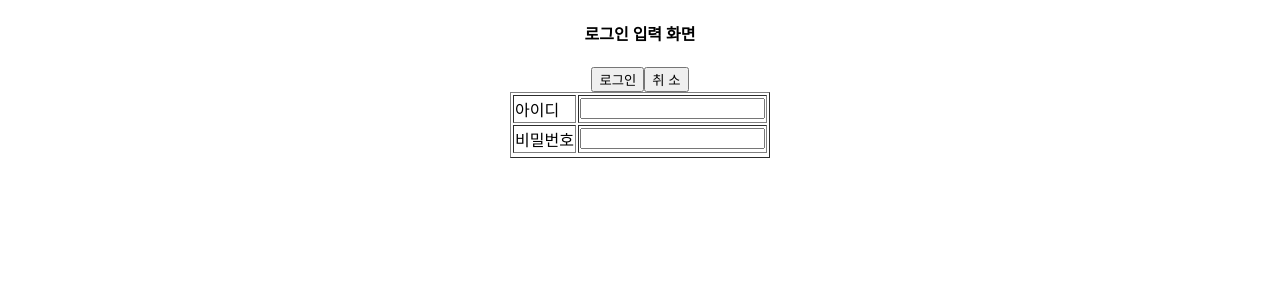
Repository: psyoongsc/LauguageStudy
Page: http://localhost/jspStudy/ch06/ex06-01.jsp
An editor plug-in stored every save of this project. The page is shown before and after the next save, followed by the edit.
The browser window is 1280 px wide. The pictures show the whole page.
The page is served by Tomcat 9. Other server files are loaded and not shown.

Above is the page before, as saved 2018-07-09 14:37:32.

### JSP/jspStudy/WebContent/ch06/ex06-01.jsp
<%@ page language="java" contentType="text/html; charset=UTF-8"
    pageEncoding="UTF-8"%>
<!DOCTYPE html>
<html>
<head>
<meta charset="UTF-8">
<title>로그인 입력 폼</title>
</head>
<body>
	<center>
		<h4>로그인 입력 화면</h4>
		<table border="1">
			<tr>
				<td>아이디</td>
				<td><input type=text name="id"></td></tr>
			<tr>
				<td>비밀번호</td>
				<td><input type=text name="pw"></td></tr>
			<tr>
				<input type="submit" value="로그인">
				<input type="reset" value="취 소"></tr>
		</table>
	</center>
</body>
</html>

After the next save:
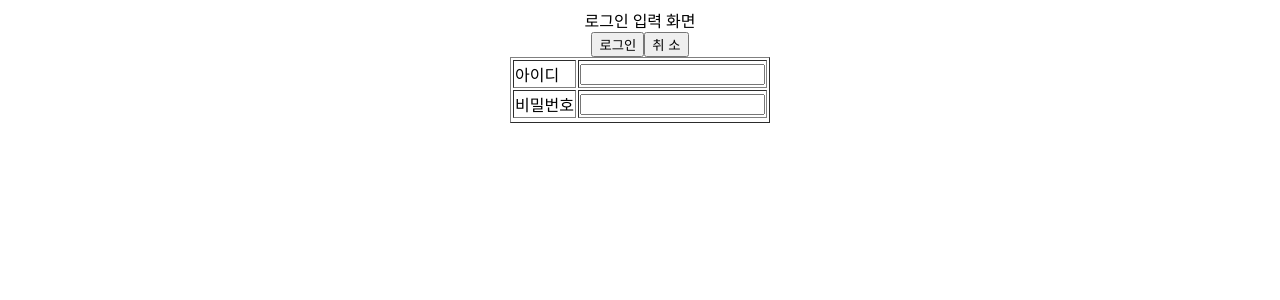
Saved 2 min 30 s later.
--- a/JSP/jspStudy/WebContent/ch06/ex06-01.jsp
+++ b/JSP/jspStudy/WebContent/ch06/ex06-01.jsp
@@ -7,8 +7,8 @@
 <title>로그인 입력 폼</title>
 </head>
 <body>
-	<center>
-		<h4>로그인 입력 화면</h4>
+	<center>로그인 입력 화면
+	<form method=post action=ex06-02.jsp>
 		<table border="1">
 			<tr>
 				<td>아이디</td>
@@ -20,6 +20,7 @@
 				<input type="submit" value="로그인">
 				<input type="reset" value="취 소"></tr>
 		</table>
+	</form>
 	</center>
 </body>
 </html>
